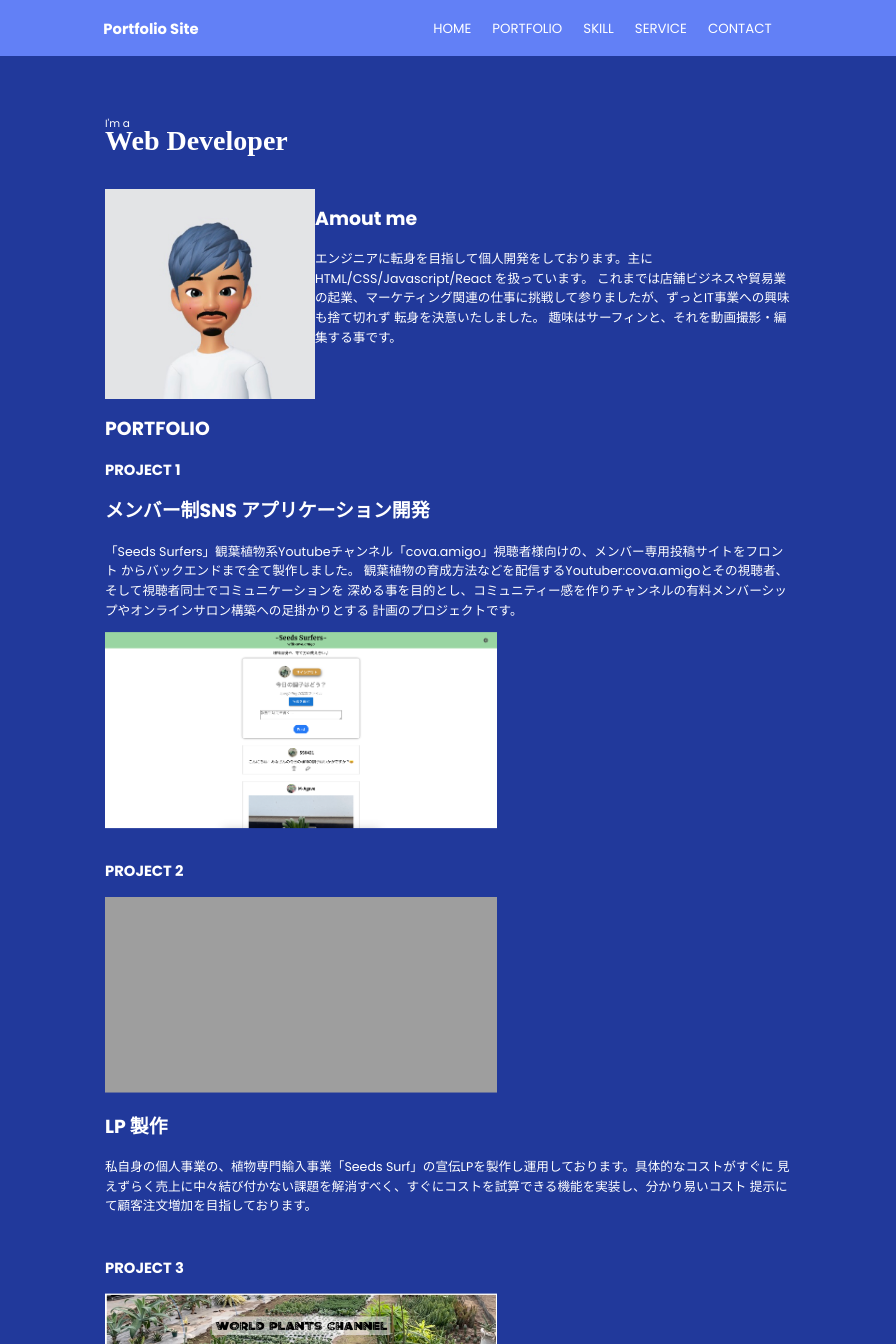
Repository: Seiya00002/my-portfolio-website2
Page: /
These files come from the project's save history. The page is drawn as it stood at one moment and after the next save; the edit follows.
The browser window is 1280 px wide. The pictures show the part of the page from y = 0 to 1920 px (the page is 3775 px tall before and 3825 px after), at 70% of full size.
Pictures or frames that could not be fetched are drawn as grey boxes. Some web fonts or font styles are not loaded; a fallback is used. The project was rebuilt for these pictures with package versions that can differ from the ones it lists, and the page was loaded fresh each time.

Above is the page before, as saved 2023-09-24 07:57:52.

After the next save:
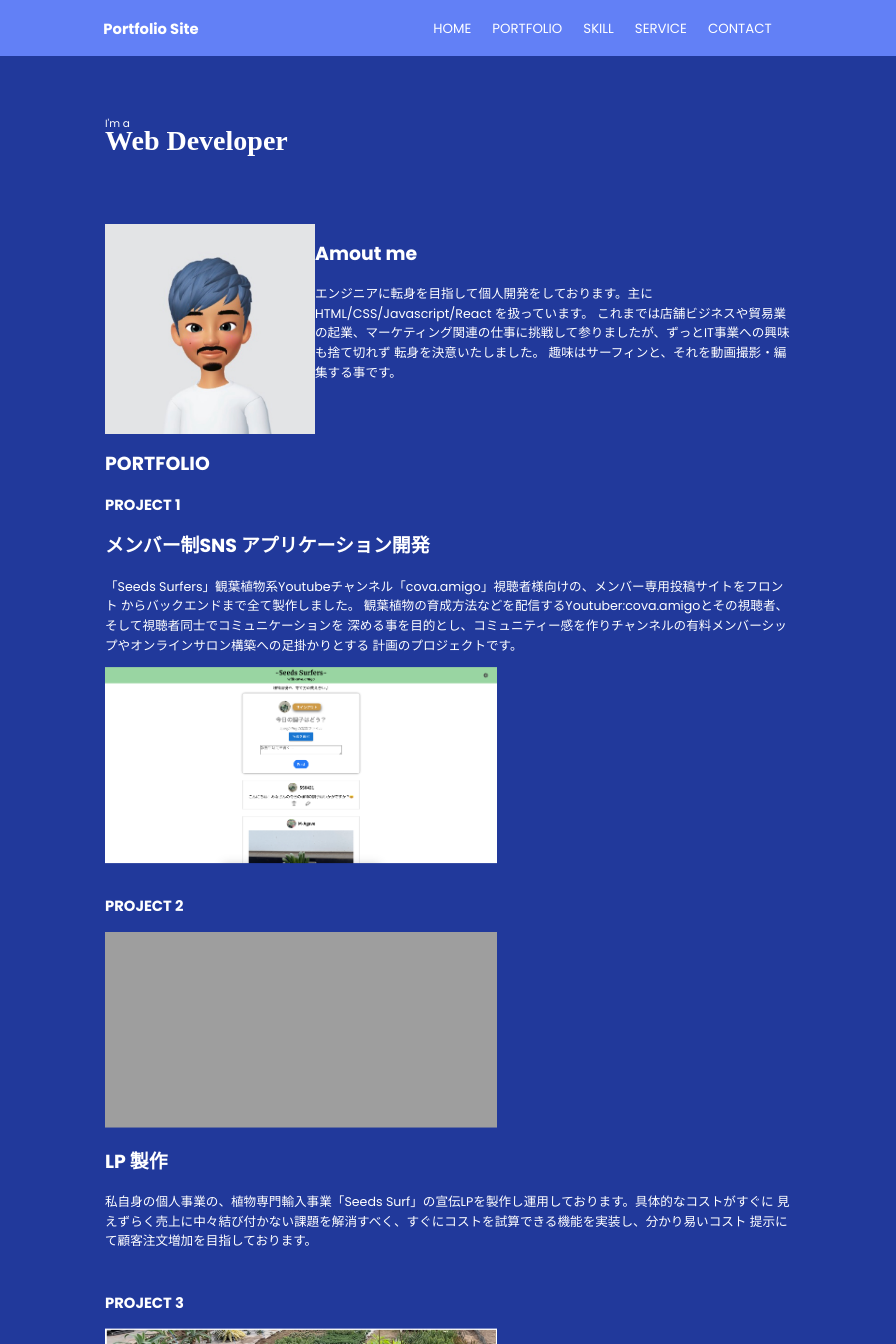
Saved 11 s later.
--- a/src/App.css
+++ b/src/App.css
@@ -10,7 +10,7 @@
 
 .title {
   position: relative;
-  padding-bottom: 50px;
+  padding-bottom: 100px;
 }
 
 .title p{
